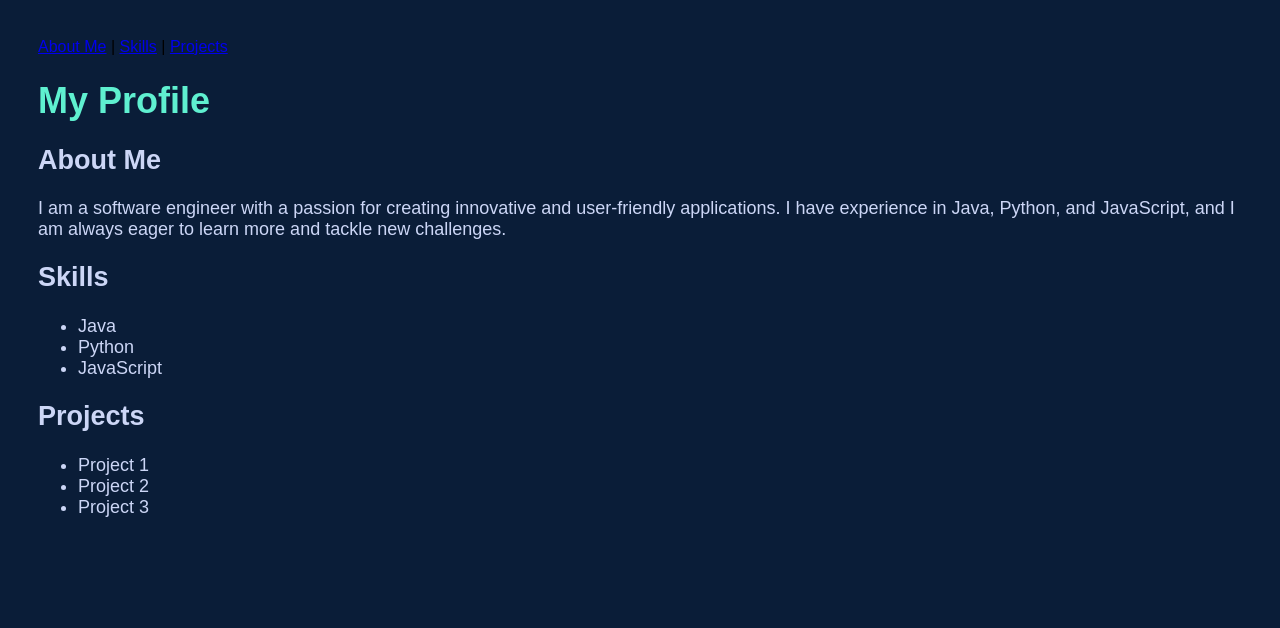
Repository: aoineco/portfolio
Page: index.html
An editor plug-in stored every save of this project. The page is shown before and after the next save, followed by the edit.
The browser window is 1280 px wide. The pictures show the whole page.

Above is the page before, as saved 2023-02-10 11:03:15.

After the next save:
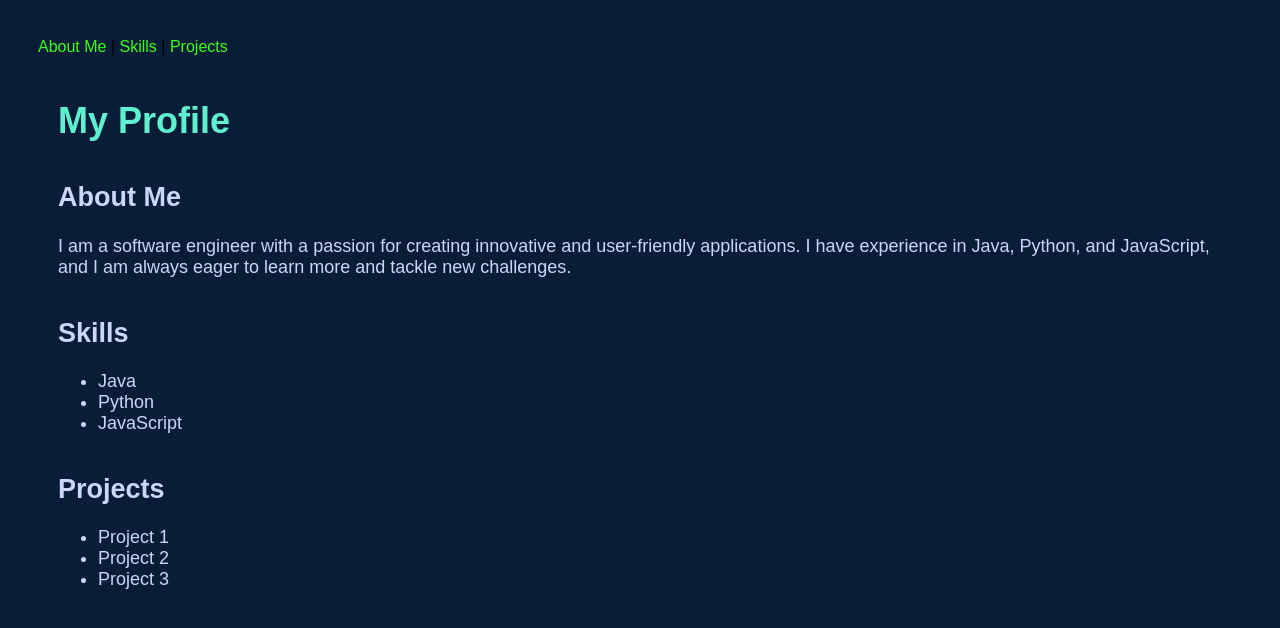
Saved 4 s later.
--- a/style.css
+++ b/style.css
@@ -14,3 +14,15 @@ section {
     margin-bottom: 20px;
     color: #ccd6f6;
 }
+nav a {
+    color: #39ff14;
+    text-decoration: none;
+}
+
+main {
+    padding: 20px;
+}
+
+section {
+    margin: 40px 0;
+}
